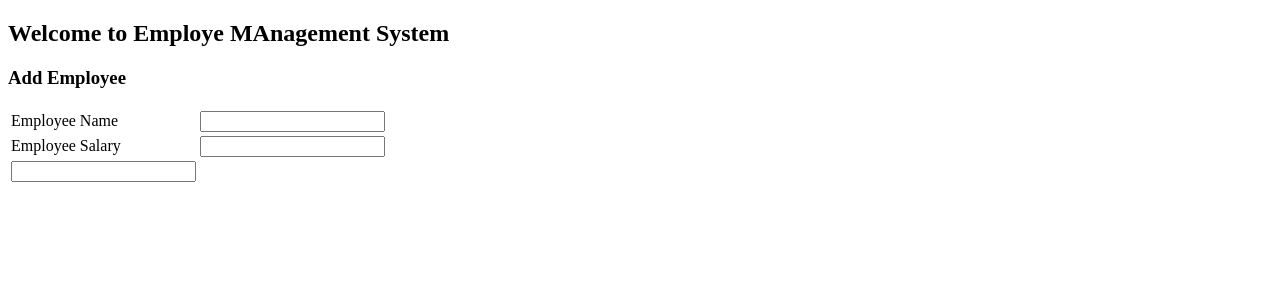
Repository: aamir5773/Spring
Page: http://localhost/SpringMvcEmployeeManagement-1WithJdbc/addEmployeePage
An editor plug-in stored every save of this project. The page is shown before and after the next save, followed by the edit.
The browser window is 1280 px wide. The pictures show the whole page.
The page is served by Tomcat 9.

Above is the page before, as saved 2019-11-14 06:59:45.

After the next save:
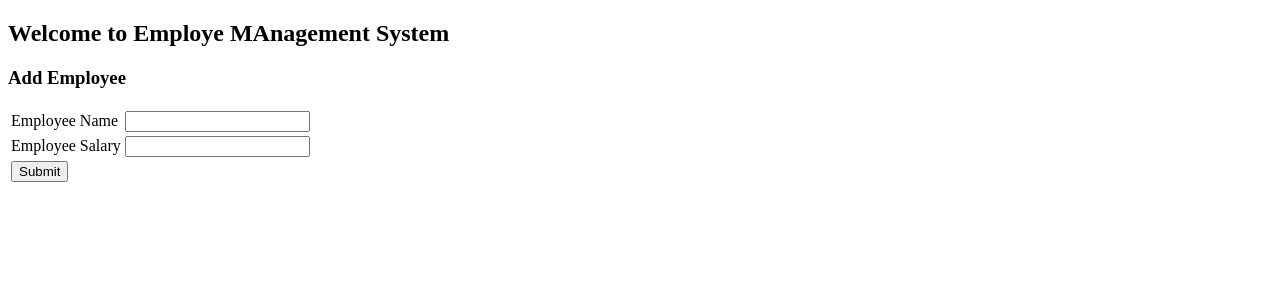
Saved 5 s later.
--- a/SpringMvcEmployeeManagement-1WithJdbc/WebContent/WEB-INF/pages/AddEmployee.jsp
+++ b/SpringMvcEmployeeManagement-1WithJdbc/WebContent/WEB-INF/pages/AddEmployee.jsp
@@ -20,7 +20,7 @@
 	<td><input type="text" name="employeeSalary"></td>
 	</tr>
 	<tr>
-	<td><input type="text" name="employeeName"></td>
+	<td><input type="submit" name="employeeName"></td>
 	</tr>
 
 	</table>
